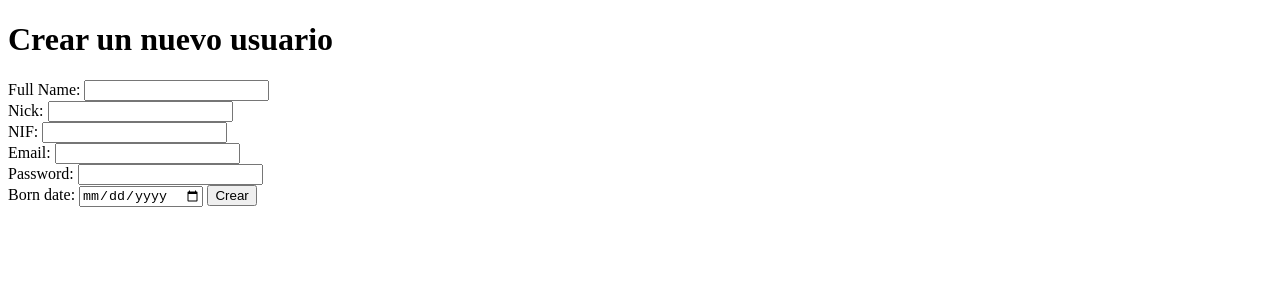
Repository: VinnySil/membresia
Page: http://localhost/users/create
An editor plug-in stored every save of this project. The page is shown before and after the next save, followed by the edit.
The browser window is 1280 px wide. The pictures show the whole page.
The page is served by the project's Laravel application, run on PHP 8.4 with Laravel 12. Other server files are loaded and not shown.

Above is the page before, as saved 2024-12-06 19:46:48.

### routes/web.php
<?php

use App\Http\Controllers\UserController;
use Illuminate\Support\Facades\Route;

Route::get('/', function () {
    return view('welcome');
});

//Endpoint para el crud de usuarios
Route::resource('users', UserController::class);

### app/Http/Controllers/UserController.php
<?php

namespace App\Http\Controllers;

use App\Models\User;
use Illuminate\Http\Request;

class UserController extends Controller
{
    /**
     * Display a listing of the resource.
     */
    public function index()
    {
        $users = User::all();
        return view('users.index', compact('users'));
    }

    /**
     * Show the form for creating a new resource.
     */
    public function create()
    {
        return view('users.create');
    }

    /**
     * Store a newly created resource in storage.
     */
    public function store(Request $request)
    {
        //validar los datos que llegan desde el fronted
        $validated = $request->validate([
            'fullname' => 'required|max:100',
            'nick' => 'required|unique:users|max:50',
            'nif' => 'required|unique|min:10|max:10',
            'email' => 'required|unique|max:255',
            'password' => 'required|max:255',
            'bornDate' => 'required|date'
        ]);
    }

    /**
     * Display the specified resource.
     */
    public function show(User $user)
    {
        //
    }

    /**
     * Show the form for editing the specified resource.
     */
    public function edit(User $user)
    {
        //
    }

    /**
     * Update the specified resource in storage.
     */
    public function update(Request $request, User $user)
    {
        //
    }

    /**
     * Remove the specified resource from storage.
     */
    public function destroy(User $user)
    {
        //
    }
}

### resources/views/users/create.blade.php
<!DOCTYPE html>
<html lang="en">
<head>
    <meta charset="UTF-8">
    <meta name="viewport" content="width=device-width, initial-scale=1.0">
    <meta http-equiv="X-UA-Compatible" content="ie=edge">
    <title>Crear nuevo usuario</title>
</head>
<body>
    <h1>Crear un nuevo usuario</h1>

    @if($errors->any())
        <div>
            <ul>
                @foreach ($errors->all() as $error)
                    <li>{{ $error }}</li>
                @endforeach
            </ul>
        </div>
    @endif

    <form action="{{ route('users.store') }}">
        <label for="fullname">Full Name:</label>
        <input type="text" name="fullname" value="{{ old('fullname') }}"><br>
        <label for="nick">Nick:</label>
        <input type="text" name="nick" value="{{ old('nick') }}"><br>
        <label for="nif">NIF:</label>
        <input type="text" name="nif" value="{{ old('nif') }}"><br>
        <label for="email">Email:</label>
        <input type="email" name="email" value="{{ old('email') }}"><br>
        <label for="password">Password:</label>
        <input type="password" name="password" value="{{ old('password') }}"><br>
        <label for="bornDate">Born date:</label>
        <input type="date" name="bornDate" value="{{ old('bornDate') }}">

        <button type="submit">Crear</button>
    </form>
</body>
</html>

Loaded but not shown: app/Http/Controllers/Controller.php (common file)

After the next save:
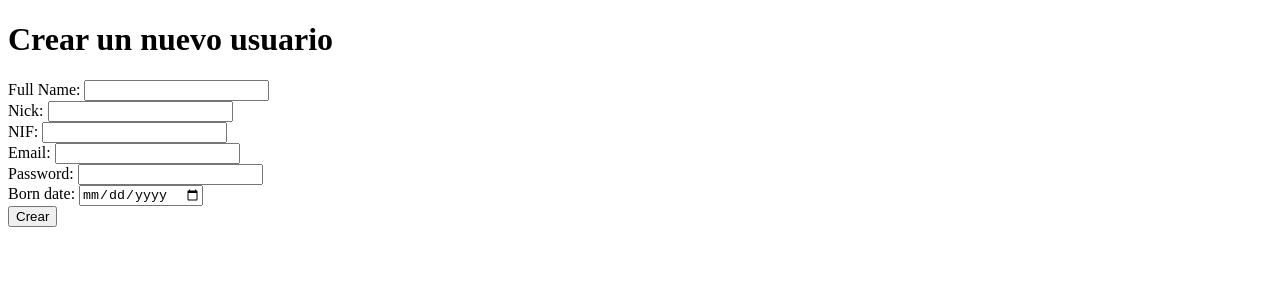
Saved 27 s later.
--- a/resources/views/users/create.blade.php
+++ b/resources/views/users/create.blade.php
@@ -31,7 +31,7 @@
         <label for="password">Password:</label>
         <input type="password" name="password" value="{{ old('password') }}"><br>
         <label for="bornDate">Born date:</label>
-        <input type="date" name="bornDate" value="{{ old('bornDate') }}">
+        <input type="date" name="bornDate" value="{{ old('bornDate') }}"><br>
 
         <button type="submit">Crear</button>
     </form>
